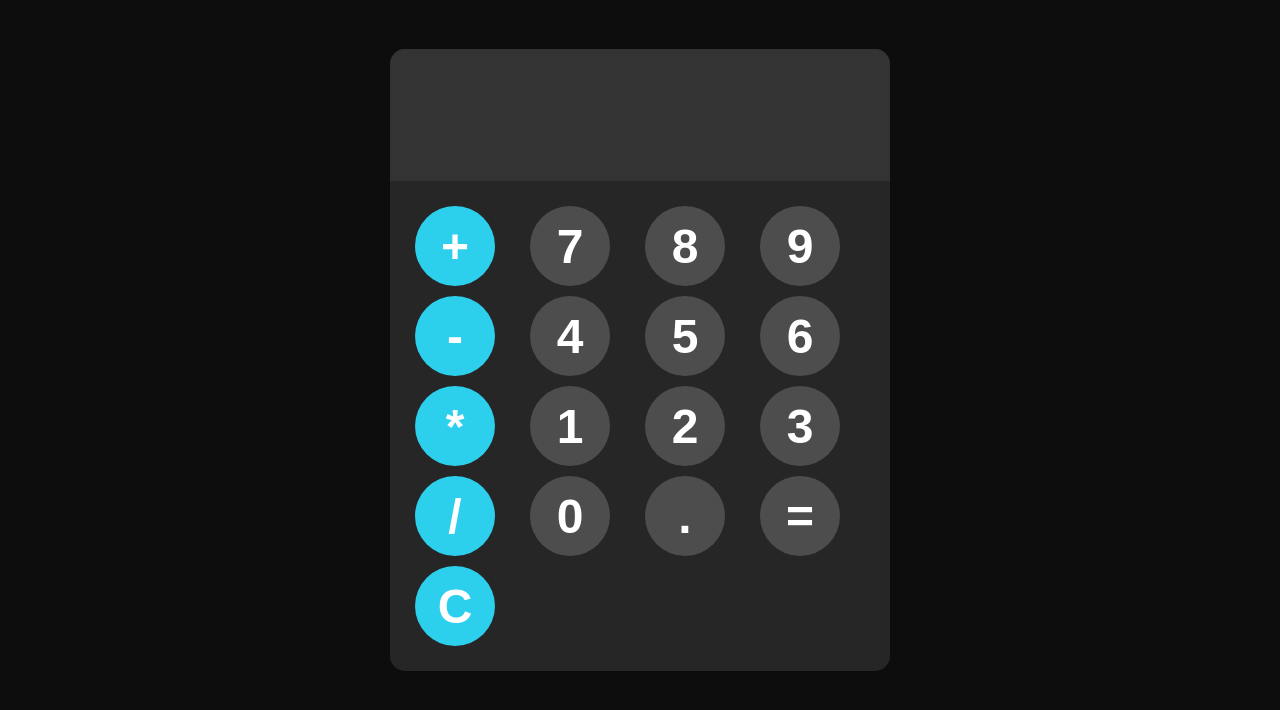
Repository: Haakim19/JavaScript
Page: Calculater/Main.html
An editor plug-in stored every save of this project. The page is shown before and after the next save, followed by the edit.
The browser window is 1280 px wide. The pictures show the whole page.
After loading, the first visible `button[onclick="calculate()"]` was clicked once.

Above is the page before, as saved 2024-10-22 22:02:57.

After the next save:
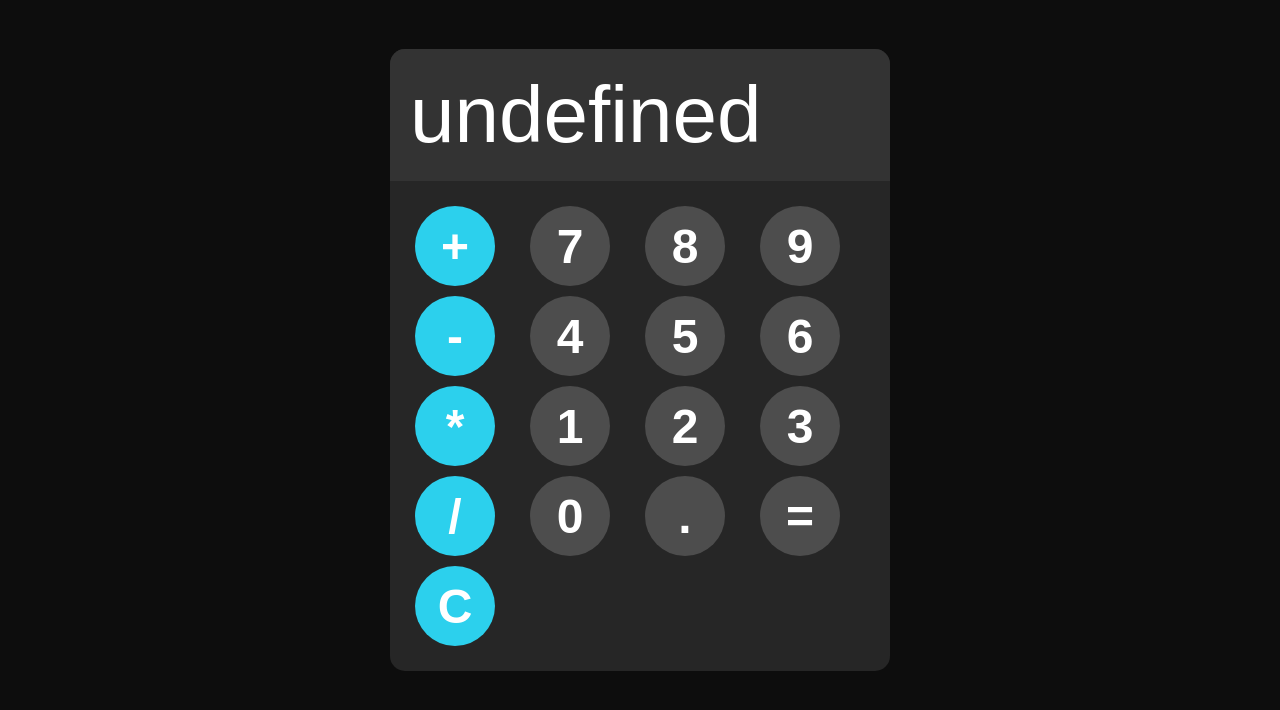
Saved 56 s later.
--- a/Calculater/Main.js
+++ b/Calculater/Main.js
@@ -7,5 +7,5 @@
     display.value = '';
 }
 function calculate(){
-
+    display.value = eval(display.value);
 }

After the save that followed:
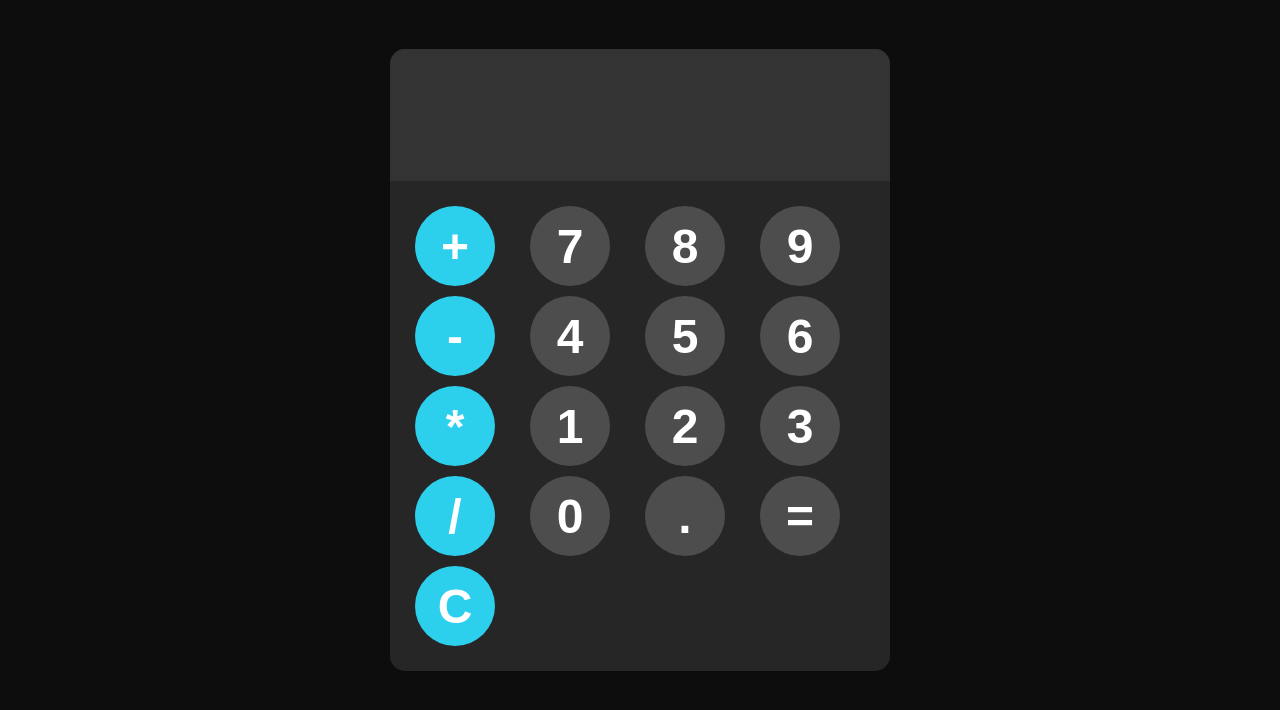
Console error: SyntaxError: missing ) after argument list
Saved 61 s later.
--- a/Calculater/Main.js
+++ b/Calculater/Main.js
@@ -7,5 +7,7 @@
     display.value = '';
 }
 function calculate(){
+    try{
+        display.value = eval(display
     display.value = eval(display.value);
 }
